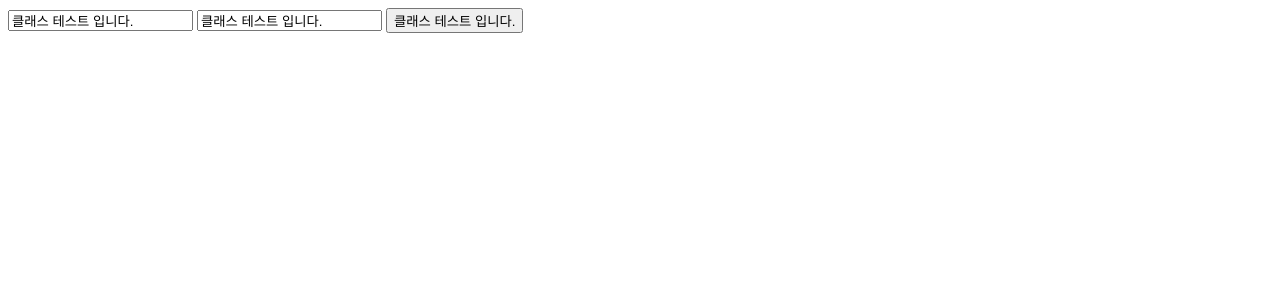
Repository: mjh1583/Hustar03_eGov
Page: http://localhost/JavaScript/js005.jsp
An editor plug-in stored every save of this project. The page is shown before and after the next save, followed by the edit.
The browser window is 1280 px wide. The pictures show the whole page.
Empty fields were first filled with sample values (such as "Sample", 5 or name@example.com).
After loading, the first visible `input[onclick="fn_check();"]` was clicked once.
The page is served by Tomcat 9.

Above is the page before, as saved 2021-05-06 06:34:07.

### workspace/JavaScript/src/main/webapp/js005.jsp
<%@ page language="java" contentType="text/html; charset=UTF-8"
    pageEncoding="UTF-8"%>
<!DOCTYPE html>
<html>
<head>
	<meta charset="UTF-8">
	<title>이벤트 - JQuery</title>
</head>
<body>
	<div>
		<input type="text" id="txt" class="cls_txt" name="txt" placeholder="입력란..."/>
		<input type="text" id="txt2" class="cls_txt" name="txt2" placeholder="입력란2..."/>
		<input type="button" value="입력체크" onclick="fn_check();"/>
	</div>

	<script src="https://code.jquery.com/jquery-3.6.0.js" ></script>
	<script type="text/javascript">
		function fn_check() {
			//$('#txt').val("testtest!!!");
			//$('.cls_txt').val("클래스 테스트 입니다.");
			$('input').val("클래스 테스트 입니다.");
		}
	</script>
</body>
</html>

After the next save:
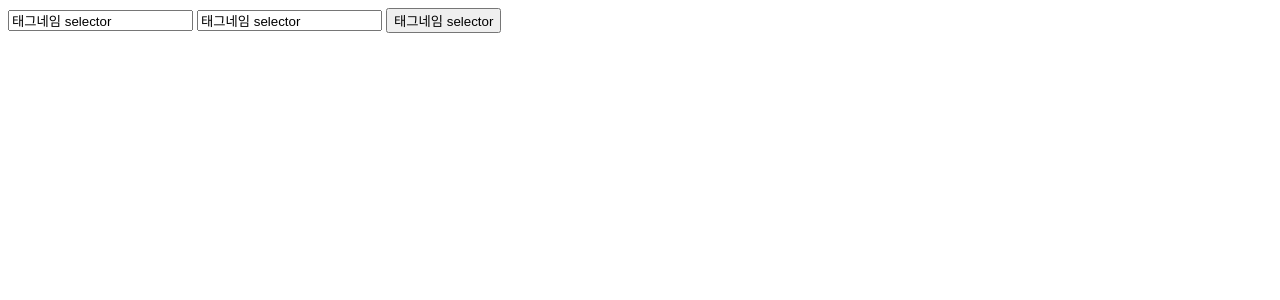
Saved 11 s later.
--- a/workspace/JavaScript/src/main/webapp/js005.jsp
+++ b/workspace/JavaScript/src/main/webapp/js005.jsp
@@ -18,7 +18,7 @@
 		function fn_check() {
 			//$('#txt').val("testtest!!!");
 			//$('.cls_txt').val("클래스 테스트 입니다.");
-			$('input').val("클래스 테스트 입니다.");
+			$('input').val("태그네임 selector");
 		}
 	</script>
 </body>
